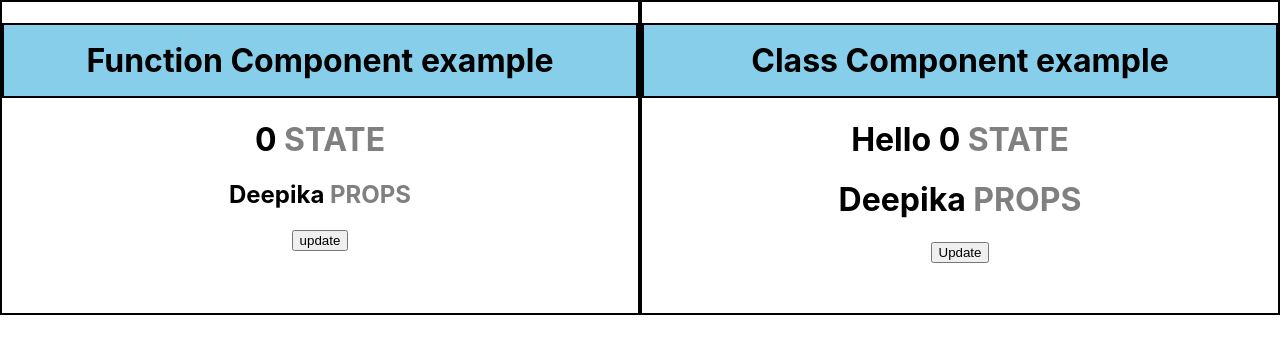
Repository: DeepikaSuretek/React
Page: / (app in practice-app/)
An editor plug-in stored every save of this project. The page is shown before and after the next save, followed by the edit.
The browser window is 1280 px wide. The pictures show the whole page.
The project was rebuilt for these pictures with package versions that can differ from the ones it lists, and the page was loaded fresh each time.

Above is the page before, as saved 2024-07-08 20:05:29.

### practice-app/src/App.js
import './App.css';
import User from './class-component/class';
import Fun from './functional-component/function'

function App() {
  return (
    <div className="App" style={{display: "inline-flex",
      width: "100%"}}>
      <div style={{width:"50%",border: "2px solid","padding-bottom": "50px"}}>
        <h1 style={{"background-color": "skyblue","padding": "16px","border": "2px solid"}}>Function Component example</h1>
        <Fun name="Deepika" />
      </div>
      <div style={{width:"50%",border: "2px solid","padding-bottom": "50px"}}>
        <h1 style={{"background-color": "skyblue","padding": "16px","border": "2px solid"}}>Class Component example</h1>
        <User name="Deepika"></User>
        </div>

    </div>
  );
}

export default App;

### practice-app/src/App.css
.App {
  text-align: center;
}

.App-logo {
  height: 40vmin;
  pointer-events: none;
}

@media (prefers-reduced-motion: no-preference) {
  .App-logo {
    animation: App-logo-spin infinite 20s linear;
  }
}

.App-header {
  background-color: #282c34;
  min-height: 100vh;
  display: flex;
  flex-direction: column;
  align-items: center;
  justify-content: center;
  font-size: calc(10px + 2vmin);
  color: white;
}

.App-link {
  color: #61dafb;
}

@keyframes App-logo-spin {
  from {
    transform: rotate(0deg);
  }
  to {
    transform: rotate(360deg);
  }
}

.loader{
  height: 100px;
  width: 100px;
  border: 8px solid;
  border-color: black black black red;
  border-radius: 50%;
  animation: App-logo-spin 2s linear infinite;
}

.highlight{
  color:gray
}

### practice-app/src/class-component/class.js
import { Component } from "react"

class User extends Component{
    constructor(){
        super();
        this.state = {
            data:0
        }
    }

    changeData(){
        this.setState({data: this.state.data+1});
    }
    render(){
        return(
           <div><h1>Hello {this.state.data}<span className="highlight">  STATE</span></h1>
           <h1>{this.props.name}<span className="highlight">  PROPS</span></h1>
           <button onClick={()=>this.changeData()}>Update</button>
           </div>

        )
    }
}

export default User;

### practice-app/src/functional-component/function.js
import { useState } from "react";

function Fun(props) {
    const [count,setCount] = useState(0);
    function updateCount(){
       setCount(count+1);
    }
    return(
        <div>
            <h1>{count} <span className="highlight">STATE</span></h1>
            <h2>{props.name}  <span className="highlight"> PROPS</span></h2>
            <button onClick={updateCount}>update</button>
        </div>

    )
}

export default Fun;

Loaded but not shown: practice-app/public/index.html (common file); practice-app/src/index.js (common file); practice-app/src/index.css (common file); practice-app/src/reportWebVitals.js (common file)

After the next save:
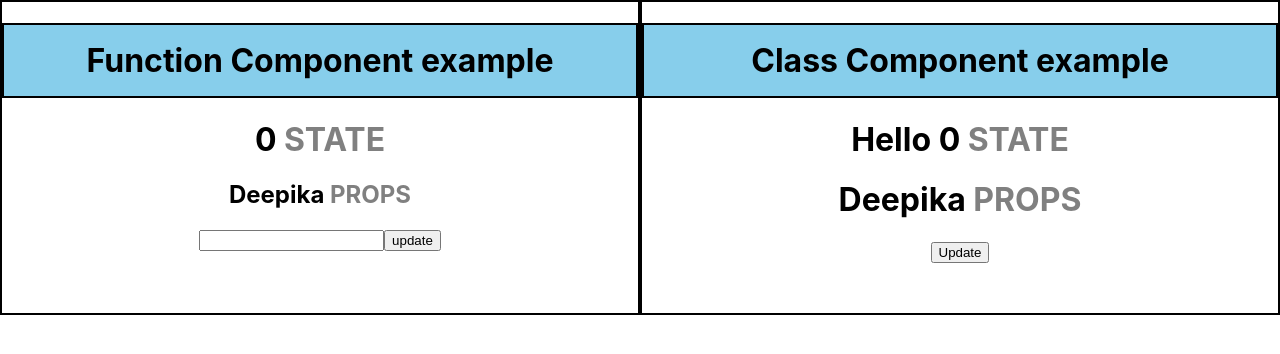
Saved 61 min 56 s later.
--- a/practice-app/src/functional-component/function.js
+++ b/practice-app/src/functional-component/function.js
@@ -5,10 +5,14 @@ function Fun(props) {
     function updateCount(){
        setCount(count+1);
     }
+    function getData(){
+
+    }
     return(
         <div>
             <h1>{count} <span className="highlight">STATE</span></h1>
             <h2>{props.name}  <span className="highlight"> PROPS</span></h2>
+            <input onChange={getData}></input>
             <button onClick={updateCount}>update</button>
         </div>
 
